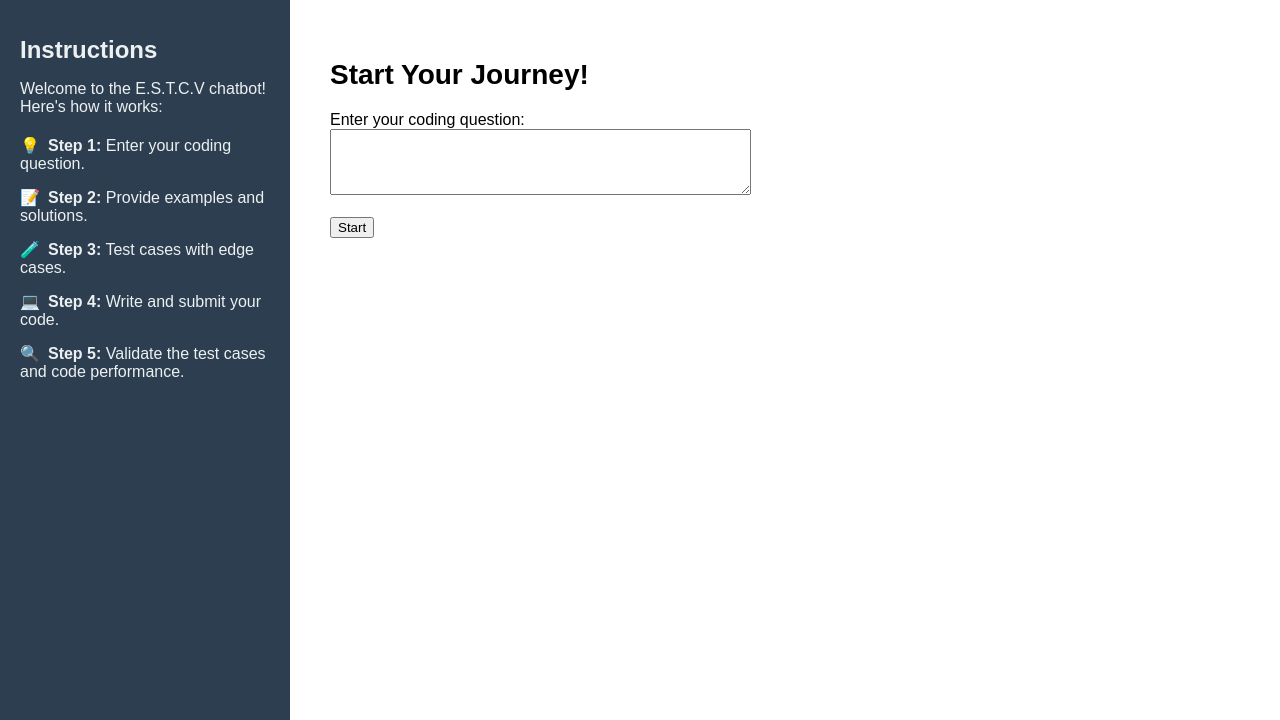
Repository: raushan22882917/Interview_platform
Page: http://localhost/estcv
These files come from the project's save history. The page is drawn as it stood at one moment and after the next save; the edit follows.
The browser window is 1280 px wide. The pictures show the whole page.
The page is served by the project's application, run on Flask 3 (temp_code.py).

Above is the page before, as saved 2024-12-03 01:34:24.

After the next save:
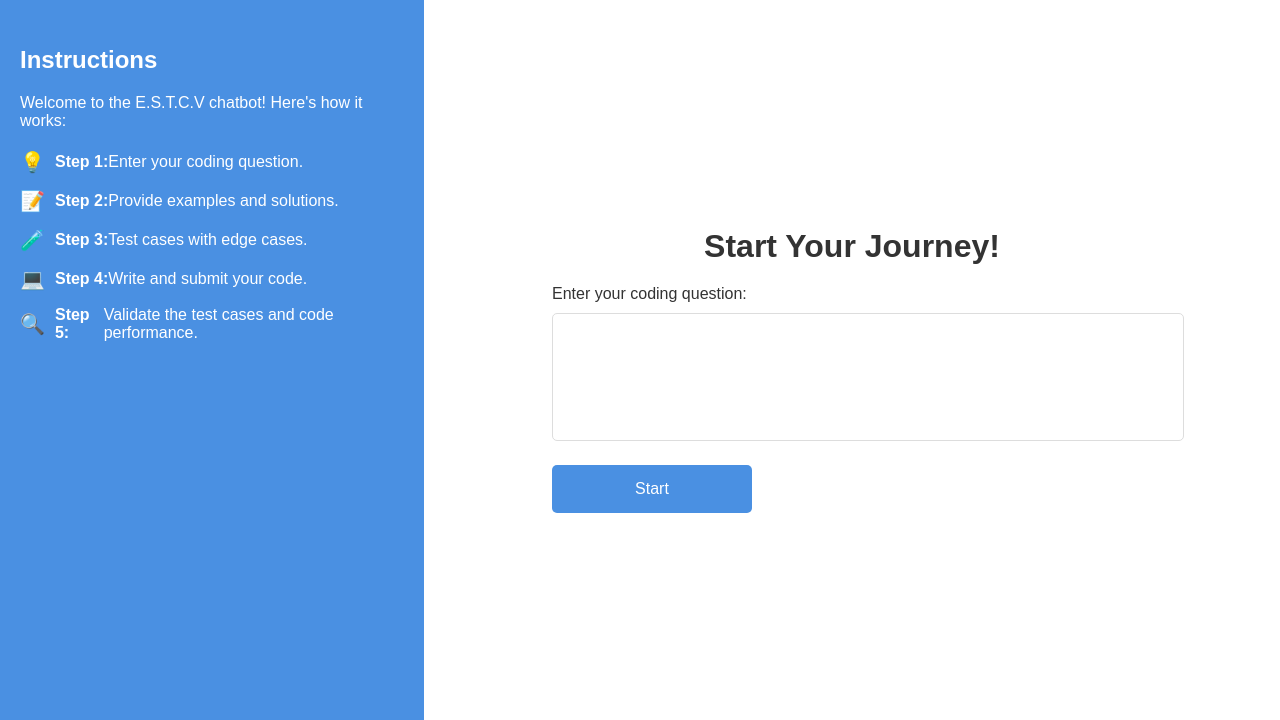
Saved 117 s later.
--- a/Tech_Round/templates/Ai/index.html
+++ b/Tech_Round/templates/Ai/index.html
@@ -5,6 +5,121 @@
     <meta name="viewport" content="width=device-width, initial-scale=1.0">
     <title>Chatbot - E.S.T.C.V</title>
     <link rel="stylesheet" href="{{ url_for('static', filename='assets/css/styles.css') }}">
+    <style>
+        body {
+            font-family: 'Arial', sans-serif;
+            margin: 0;
+            padding: 0;
+            background-color: #f4f4f9;
+            display: flex;
+            height: 100vh;
+            overflow: hidden;
+        }
+
+        .container {
+            display: flex;
+            width: 100%;
+        }
+
+        .sidebar {
+            background-color: #4a90e2;
+            color: white;
+            padding: 30px 20px;
+            width: 30%;
+            box-shadow: 2px 0 5px rgba(0, 0, 0, 0.1);
+            overflow-y: auto;
+        }
+
+        .sidebar h1 {
+            font-size: 24px;
+            margin-bottom: 20px;
+        }
+
+        .sidebar ul {
+            list-style: none;
+            padding: 0;
+        }
+
+        .sidebar li {
+            margin-bottom: 15px;
+            display: flex;
+            align-items: center;
+        }
+
+        .sidebar li .icon {
+            font-size: 20px;
+            margin-right: 10px;
+        }
+
+        .content {
+            flex: 1;
+            padding: 50px;
+            background-color: white;
+            display: flex;
+            flex-direction: column;
+            justify-content: center;
+            align-items: center;
+        }
+
+        .content h1 {
+            font-size: 32px;
+            color: #333;
+            margin-bottom: 20px;
+        }
+
+        form {
+            width: 100%;
+            max-width: 600px;
+        }
+
+        label {
+            font-size: 16px;
+            color: #333;
+            margin-bottom: 10px;
+            display: block;
+        }
+
+        textarea {
+            width: 100%;
+            padding: 15px;
+            font-size: 14px;
+            border: 1px solid #ddd;
+            border-radius: 5px;
+            resize: none;
+        }
+
+        button {
+            background-color: #4a90e2;
+            color: white;
+            border: none;
+            padding: 15px 20px;
+            font-size: 16px;
+            border-radius: 5px;
+            cursor: pointer;
+            margin-top: 20px;
+            width: 100%;
+            max-width: 200px;
+        }
+
+        button:hover {
+            background-color: #357ab7;
+        }
+
+        @media (max-width: 768px) {
+            .sidebar {
+                width: 100%;
+                text-align: center;
+            }
+
+            .content {
+                padding: 20px;
+            }
+
+            form {
+                width: 90%;
+            }
+        }
+    </style>
 </head>
 <body>
     <div class="container">
@@ -25,8 +140,8 @@
         <div class="content">
             <h1>Start Your Journey!</h1>
             <form action="/start" method="POST">
-                <label for="question">Enter your coding question:</label><br>
-                <textarea id="question" name="question" rows="4" cols="50" required></textarea><br><br>
+                <label for="question">Enter your coding question:</label>
+                <textarea id="question" name="question" rows="6" required></textarea>
                 <button type="submit">Start</button>
             </form>
         </div>
